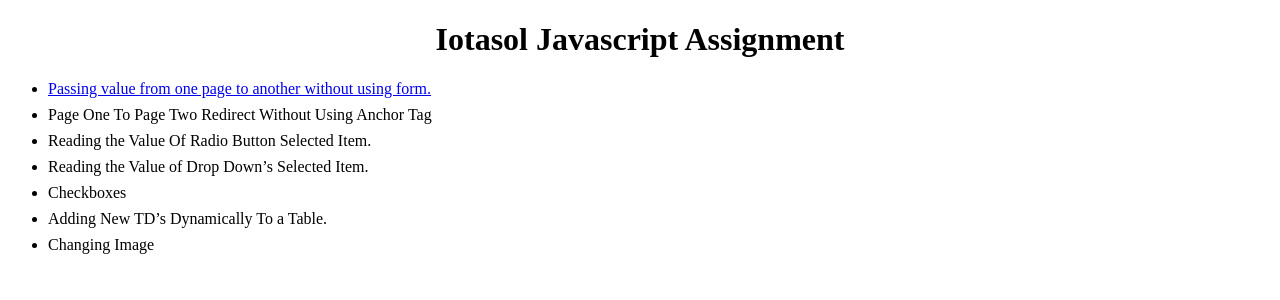
Repository: ishanbassi/iotasol-assignments
Page: /
The author's editor kept a copy of each file at every save. The page is drawn from the files as they stood at one save, then again after the next save.
The browser window is 1280 px wide. The pictures show the whole page.
The project was rebuilt for these pictures with package versions that can differ from the ones it lists, and the page was loaded fresh each time. The framework's server and built-in components were replaced by stand-ins that run in the browser.

Above is the page before, as saved 2022-11-07 14:24:04.

### pages/index.tsx
import styles from '../styles/home.module.css'
import Link from 'next/link'
export default function Home() {
  return(
    <>
      <header className={styles.header}>
        <h1>Iotasol Javascript Assignment</h1>
      </header>

      <ul className={styles.taskList}>
        <li>
          <Link href="/work-1">Passing value from one page to another without using form.</Link>
        </li>
        <li>
          <a>Page One To Page Two Redirect Without Using Anchor Tag</a>
        </li>
        <li>
          <a>Reading the Value Of Radio Button Selected Item.</a>
        </li>
        <li>
          <a>Reading the Value of Drop Down’s Selected Item.</a>
        </li>
        <li>
          <a>Checkboxes</a>
        </li>
        <li>
          <a>Adding New TD’s Dynamically To a Table.</a>
        </li>
        <li>
          <a>Changing Image</a>
        </li>
      </ul>
    </>

  )
}

### styles/Home.module.css
.header{
    text-align: center;
}
.taskList>li{
    padding-bottom:.5em;
}

After the next save:
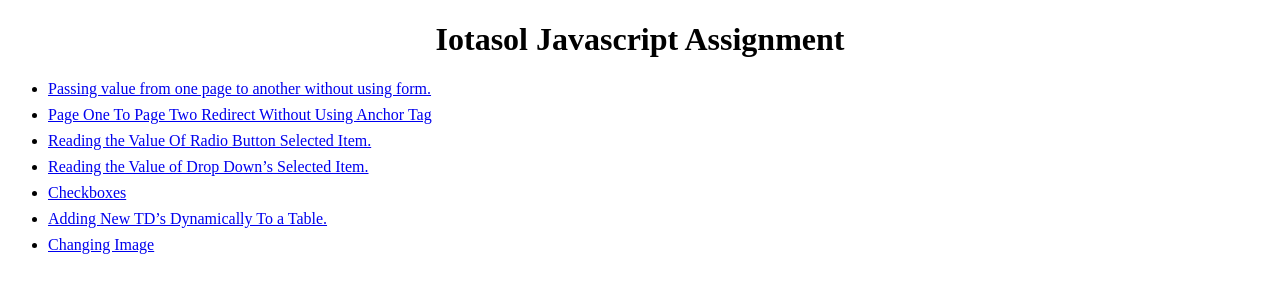
Saved 77 s later.
--- a/pages/index.tsx
+++ b/pages/index.tsx
@@ -12,22 +12,22 @@ export default function Home() {
           <Link href="/work-1">Passing value from one page to another without using form.</Link>
         </li>
         <li>
-          <a>Page One To Page Two Redirect Without Using Anchor Tag</a>
+          <Link href="/work-2">Page One To Page Two Redirect Without Using Anchor Tag</Link>
         </li>
         <li>
-          <a>Reading the Value Of Radio Button Selected Item.</a>
+          <Link href="/work-3">Reading the Value Of Radio Button Selected Item.</Link>
         </li>
         <li>
-          <a>Reading the Value of Drop Down’s Selected Item.</a>
+          <Link href="/work-4">Reading the Value of Drop Down’s Selected Item.</Link>
         </li>
         <li>
-          <a>Checkboxes</a>
+          <Link href="/work-5">Checkboxes</Link>
         </li>
         <li>
-          <a>Adding New TD’s Dynamically To a Table.</a>
+          <Link href="/work-6">Adding New TD’s Dynamically To a Table.</Link>
         </li>
         <li>
-          <a>Changing Image</a>
+          <Link href="/work-">Changing Image</Link>
         </li>
       </ul>
     </>
